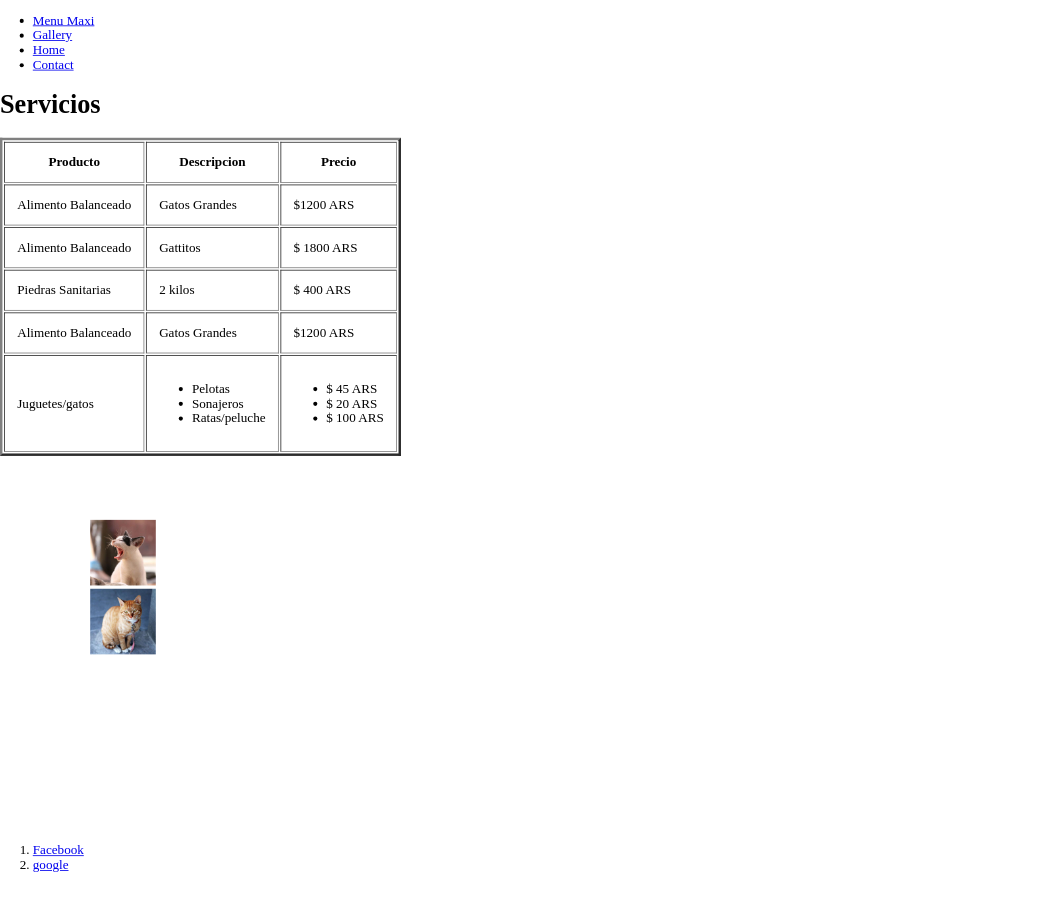
Repository: raul4264/final
Page: Services.html
An editor plug-in stored every save of this project. The page is shown before and after the next save, followed by the edit.
The browser window is 1280 px wide. The pictures show the whole page, at 82% of full size.

Above is the page before, as saved 2021-03-25 13:39:21.

After the next save:
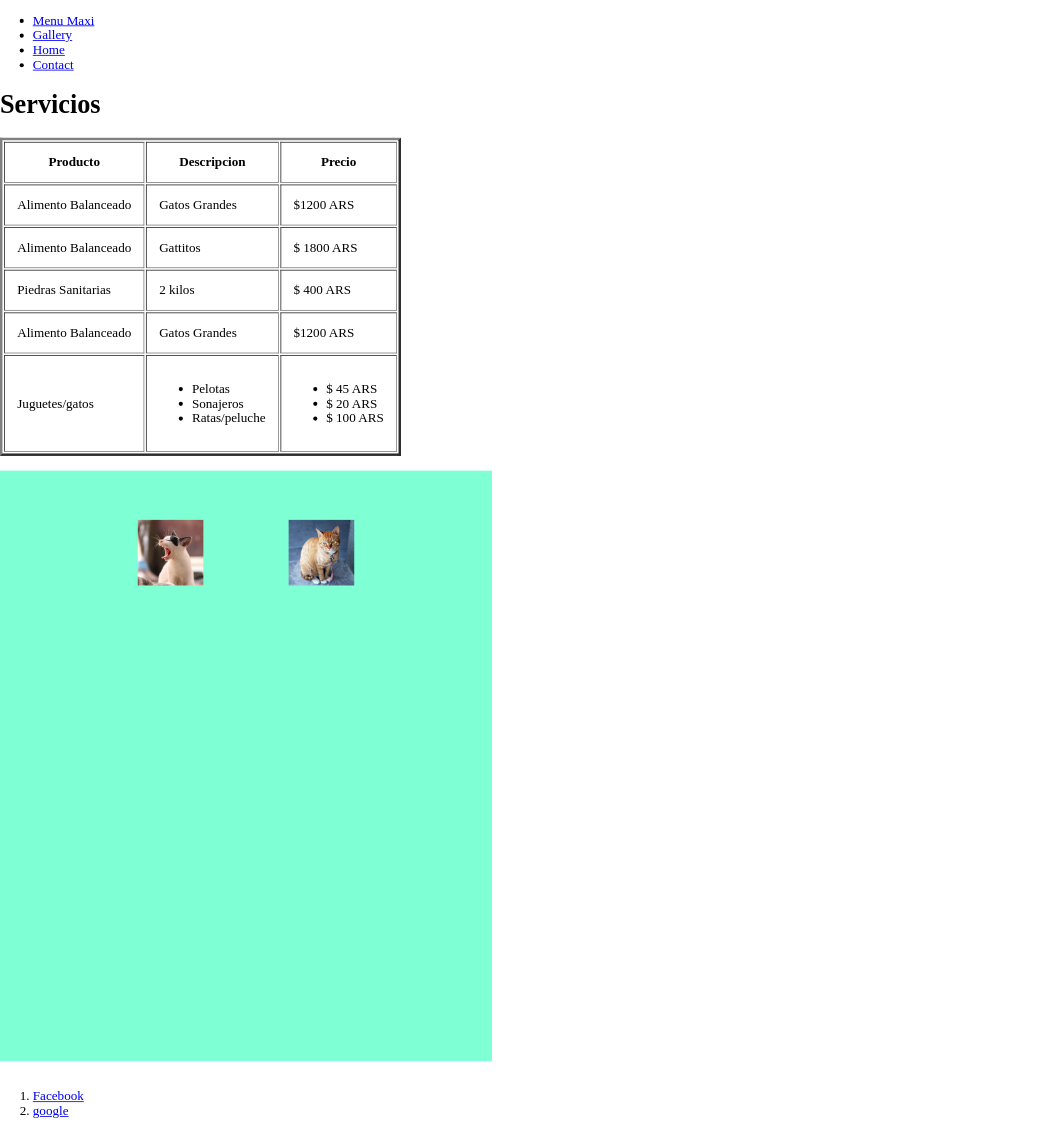
Saved 41 s later.
--- a/css/services.css
+++ b/css/services.css
@@ -9,11 +9,12 @@ body{
 }
 
 #container{
-	height: 300px;
+    background-color: aquamarine;
+	height: 600px;
 	padding: 60px 0;
 	position: relative;
 	text-align: center;
-	width: 300px;
+	width: 600px;
 }
 
 .square{
